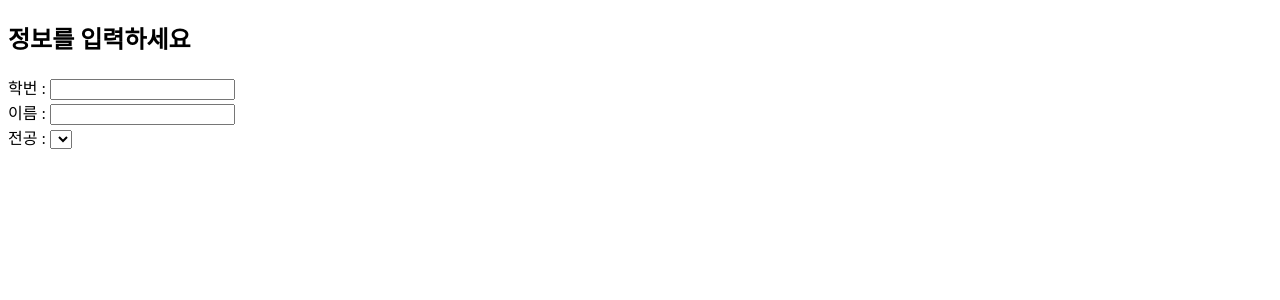
Repository: ceooyh/JSP
Page: http://localhost/step02/ex7_03Pro.jsp
The author's editor kept a copy of each file at every save. The page is drawn from the files as they stood at one save, then again after the next save.
The browser window is 1280 px wide. The pictures show the whole page.
The page is served by Tomcat 9.

Above is the page before, as saved 2020-12-29 05:28:12.

After the next save:
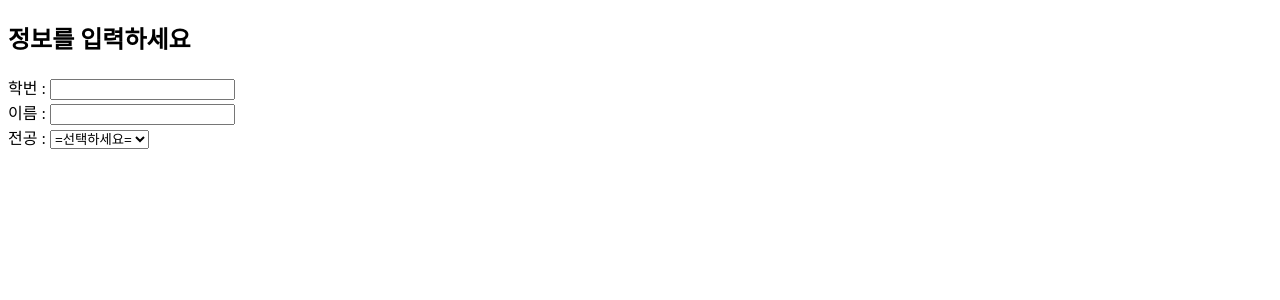
Saved 6 s later.
--- a/step02/WebContent/ex7_03Pro.jsp
+++ b/step02/WebContent/ex7_03Pro.jsp
@@ -12,7 +12,7 @@
 		학번 : <input type="text" name="hak"><br>
 		이름 : <input type="text" name="hak"><br>
 		전공 : <select>
-						<option value="0" selected> </option>
+						<option value="0" selected>=선택하세요=</option>
 		</select>
 	</form>
 </body>
